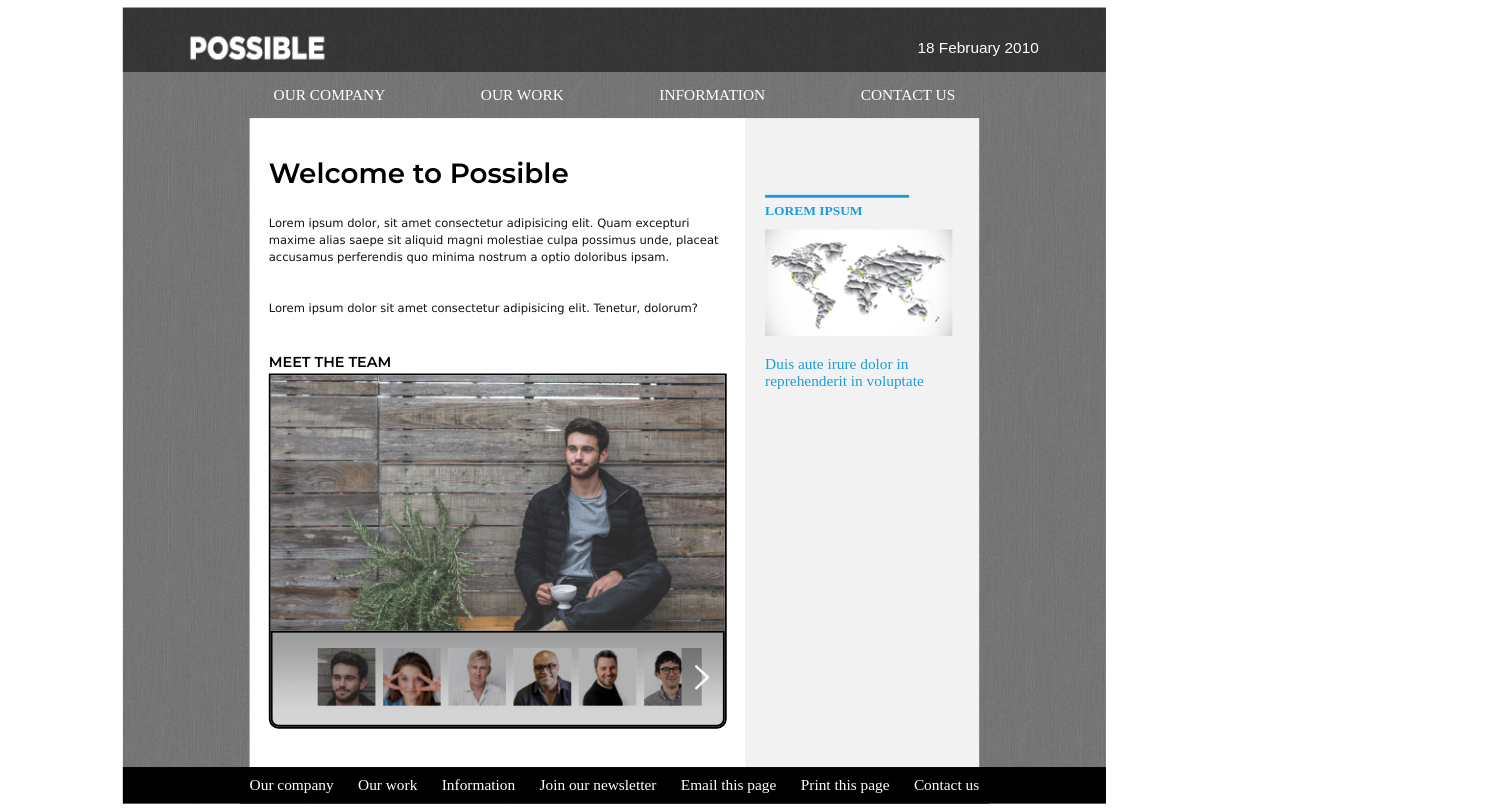
Repository: grzegorzgebala/possible-site
Page: index.html
These files come from the project's save history. The page is drawn as it stood at one moment and after the next save; the edit follows.
The browser window is 1280 px wide. The page is 1567 px wide, so the pictures cover 1567 px, including what lies to the right of the window. The pictures show the whole page, at 96% of full size.
The style sheet was rebuilt from its Sass, Less or Tailwind sources for each picture, by a compiler version that may differ from the author's.

Above is the page before, as saved 2020-02-18 18:30:58.

### index.html
<!DOCTYPE html>
<html>
	<head>
        <meta charset="utf-8">
        <link href="https://fonts.googleapis.com/css?family=Montserrat:600&display=swap" rel="stylesheet">
		<link rel="stylesheet" type="text/css" href="css/style.css">
		<title>Possible page</title>
	</head>
	<body>
        <div class="container">
            <header>
                <img src="images/logo.png" alt="possible logo">
                <div class="date">18 February 2010</div>
            </header>
            <nav class="menu">
                <ul>
                    <li>our company</li>
                    <li>our work</li>
                    <li>information</li>
                    <li>contact us</li>
                </ul>
            </nav>
            <div class="mainSite">
                <div class="leftSide">
                    <div class="welcome">Welcome to Possible</div>
                    <article>Lorem ipsum dolor, sit amet consectetur adipisicing elit. Quam excepturi maxime alias saepe sit aliquid magni molestiae culpa possimus unde, placeat accusamus perferendis quo minima nostrum a optio doloribus ipsam.</article>
                    <article>Lorem ipsum dolor sit amet consectetur adipisicing elit. Tenetur, dolorum?</article>
                    <div class="meetTitle">Meet the team</div>
                    <div class="carousel">
                        <img class="big" src="/images/employees/picture1.png" alt="possible logo">
                        <div class="descriptor">
                            <div class="personalData">Justin Cooke</div>
                            <div class="personalData">CEO, POSSIBLE UK, LONDON</div>
                        </div>
                        <div class="miniatures">
                            <button class="leftArrow arrow isHidden">
                                <img src="/images/icons/leftArrow.png" alt="leftArrow">
                            </button>
                            <div class="miniaturesContainer">
                                <ul class="carouselTrack">
                                    <li class="carouselSlide currentSlide">
                                        <div class="pictureContainer"></div>
                                        <img class="carouselImage" src="/images/employees/min1.png" alt="person1">
                                    </li>
                                    <li class="carouselSlide">
                                        <div class="pictureContainer"></div>
                                        <img class="carouselImage" src="/images/employees/min2.png" alt="person2">
                                    </li>
                                    <li class="carouselSlide">
                                        <div class="pictureContainer"></div>
                                        <img class="carouselImage" src="/images/employees/min3.png" alt="person3">
                                    </li>
                                    <li class="carouselSlide">
                                        <div class="pictureContainer"></div>
                                        <img class="carouselImage" src="/images/employees/min4.png" alt="person4">
                                    </li>
                                    <li class="carouselSlide">
                                        <div class="pictureContainer"></div>
                                        <img class="carouselImage" src="/images/employees/min5.png" alt="person5">
                                    </li>
                                    <li class="carouselSlide">
                                        <div class="pictureContainer"></div>
                                        <img class="carouselImage" src="/images/employees/min6.png" alt="person6">
                                    </li>
                                    <li class="carouselSlide">
                                        <!-- <div class="pictureContainer"></div> -->
                                        <img class="carouselImage" src="/images/employees/min7.png" alt="person7">
                                    </li>
                                    <li class="carouselSlide">
                                        <!-- <div class="pictureContainer"></div> -->
                                        <img class="carouselImage" src="/images/employees/min8.png" alt="person8">
                                    </li>
                                    <li class="carouselSlide">
                                        <!-- <div class="pictureContainer"></div> -->
                                        <img class="carouselImage" src="/images/employees/min9.png" alt="person9">
                                    </li>
                                    <li class="carouselSlide">
                                        <!-- <div class="pictureContainer"></div> -->
                                        <img class="carouselImage" src="/images/employees/min10.png" alt="person10">
                                    </li>
                                </ul>
                            </div>
                            <button class="rightArrow arrow">
                                <img src="/images/icons/rightArrow.png" alt="rightArrow">
                            </button>
                        </div>
                    </div>
                </div>
                <div class="rightSide">
                    <div class="rightTitle">lorem ipsum</div>
                    <img src="/images/map.png" alt="map">
                    <p>Duis aute irure dolor  in reprehenderit in voluptate</p>
                </div>
            </div>
            <footer>
                <ul>
                    <li>our company</li>
                    <li>our work</li>
                    <li>information</li>
                    <li>join our newsletter</li>
                    <li>email this page</li>
                    <li>print this page</li>
                    <li>contact us</li>
                </ul>
            </footer>
        </div>
    </body>
    <script type="text/javascript" src="/js/script.js"></script>
</html>

### js/script.js
const track = document.querySelector(".carouselTrack");
const slides = Array.from(track.children);
const nextButton = document.querySelector('.rightArrow');
const prevButton = document.querySelector('.leftArrow');
const imagesNav = document.getElementsByClassName('pictureContainer');
const imagesItem = Array.from(imagesNav);

const slideWidth = slides[0].getBoundingClientRect().width;

const setSlidePosition = (slide, index) => {
    slide.style.left = slideWidth * index + 'px';
};

slides.forEach(setSlidePosition);

const moveToSlide = (track, currentSlide, targetSlide) => {
    track.style.transform = 'translateX(-' + targetSlide.style.left  + ')';
    currentSlide.classList.remove('currentSlide');
    targetSlide.classList.add('currentSlide');
}

const hideShowArrows = (slides, prevButton, nextButton, targetIndex) => {
    if (targetIndex === 0) {
        prevButton.classList.add("isHidden");
        nextButton.classList.remove("isHidden");
    } else if (targetIndex === slides.length - 1) {
        prevButton.classList.remove("isHidden");
        nextButton.classList.add("isHidden");
    } else {
        prevButton.classList.remove("isHidden");
        nextButton.classList.remove("isHidden");
    }
}

nextButton.addEventListener('click', e => {
    const currentSlide = track.querySelector(".currentSlide");
    const prevSlide = currentSlide.previousElementSibling;
    const prevIndex = slides.findIndex(slide => slide === prevSlide);

    moveToSlide(track, currentSlide, prevSlide);
    hideShowArrows(slides, prevButton, nextButton, prevIndex);
});

prevButton.addEventListener('click', e => {
    const currentSlide = track.querySelector(".currentSlide");
    const nextSlide = currentSlide.nextElementSibling;
    const nextIndex = slides.findIndex(slide => slide === nextSlide);

    moveToSlide(track, currentSlide, nextSlide);
    hideShowArrows(slides, prevButton, nextButton, nextIndex);
});

track.addEventListener('click', e => {
    const targetImage = e.target.closest('div')
    if (!targetImage) return;
    // const currentSlide = track.querySelector('.currentSlide');
    const big = document.querySelector('.big');
    const targetIndex = imagesItem.findIndex(image => image === targetImage);
    const targetSlide = slides[targetIndex];
    // const targetSlideActive = targetSlide.children[0];

    imagesItem.forEach((element, index) => {
        if (index === targetIndex) {
            element.classList.add('activeImg');
            element.classList.remove('pictureContainer');
            big.setAttribute('src', `/images/employees/picture${index+1}.png`);
        } else {
            element.classList.remove('activeImg');
            element.classList.add('pictureContainer');
        }
    });
    hideShowArrows(slides, prevButton, nextButton, targetIndex);

})

// when I click left, move slides to the left
// when I click right move slide to the right

### sass/style.scss
// variables
$menuElementsColor: #ffffff;
$contentElementsColor: #000000;
$footerBackgroundColor: #000000;
$menuHooverColor: #000000;
$activeMenuColor: #1d9ed9;
$sideMenuColor: #1d9ed9;
$fontMenu: "Proxima Nova";
$leftSideBackgroundColor: #ffffff;
$rightSideBackgroundColor: #f2f2f2;
$contentHeaderFont: "Montserrat", sans-serif;;
$contentDescriptionFont: "Verdana";
$contentColor: #121212;

// page style
.container {
    max-width: 1024px;
    margin: 0 auto;
    background-image: url("/images/mainBackground.png");
}

// header style
header {
    background-image: url("/images/backgroundHeader.png");
    display: flex;
    justify-content: space-between;
    padding: 30px 70px 13px 70px;

    .date {
        color: $menuElementsColor;
        // font-size: 12px;
        line-height: 24px;
        font-family: "Arial";
        // font-weight: bold;
    }
}

// menu
.menu ul {
    max-width: 760px;
    margin: 5px auto;
    display: flex;
    justify-content: space-between;
    list-style-type: none;
    color: $menuElementsColor;
    text-transform: uppercase;
    padding: 0;

    :hover {
        background-color: $menuHooverColor;
        color: $activeMenuColor;
        cursor: pointer;
        transition: visibility 2s, opacity 0.5s linear;
    }

    li {
        padding: 10px 25px;
    }
}

// main content
.mainSite {
    max-width: 760px;
    margin: 0 auto;
    display: flex;
    justify-content: center;
    flex-direction: row;

    .leftSide {
        width: 100%;
        max-width: 520px;
        background-color: $leftSideBackgroundColor;
        padding: 40px 20px;

        .welcome {
            font-family: $contentHeaderFont;
            margin: 0;
            font-size: 29px;
            font-weight: bold;
        }

        article {
            font-family: $contentDescriptionFont;
            font-size: 12px;
            line-height: 18px;
            color: $contentColor;
            margin-top: 25px;
            margin-bottom: 35px;
        }

        .meetTitle {
            font-size: 15px;
            line-height: 24px;
            text-transform: uppercase;
            color: $contentElementsColor;
            font-family: $contentHeaderFont;
        }

        .descriptor {
            background-color: black;
            padding-left: 5px;
            position: absolute;
            width: 100%;;
            margin-top: 230px;
            // display: none;
            visibility: hidden;
            opacity: .5;

            .personalData {
                color: white;
                opacity: 1;
            }
        }

        .carousel {
            display: flex;
            max-width: 473px;
            flex-direction: column;
            border: 2px solid black;
            border-bottom-left-radius: 10px;
            border-bottom-right-radius: 10px;

            .big:hover + .descriptor {
                // display: block;
                visibility: visible;
                transition: visibility 0s linear 0.33s, opacity 0.33s linear;

            }
            .miniatures {
                // overflow: hidden;
                background-image: url("/images/carouseleBackground.png");
                display: flex;
                // justify-content: space-between;
                // align-items: center;
                // padding: 20px 15px;
                border: 2px solid black;
                border-bottom-left-radius: 8px;
                border-bottom-right-radius: 8px;

                .miniaturesContainer {
                    max-width: 500px;
                    overflow: hidden;
                    display: flex;
                    justify-content: space-between;
                }
                .carouselTrack {
                    display: flex;
                    justify-content: space-between;
                    // align-items: center;
                    list-style-type: none;
                    // width: 100%;
                    padding: 0;

                    .carouselSlide {
                        margin: 0 4px;
                        // margin-right: 10px;
                        // height: 60px;
                        // width: 60px;
                        .carouselImage {

                            // width: 100%;
                            object-fit: cover;
                        }
                    }
                }

                .pictureContainer {
                    width: 60px;
                    height: 60px;
                    position: absolute;
                    z-index: 1;
                    background: black;
                    opacity: .3;
                }

                .activeImg {
                    position: absolute;
                    z-index: 1;
                    width: 54px;
                    height: 54px;
                    border: 3px solid $sideMenuColor;
                }

                .arrow {
                    margin: 0 14px;
                    z-index: 1;
                }

                button {
                    background: none;
                    color: inherit;
                    border: none;
                    padding: 0;
                    font: inherit;
                    cursor: pointer;
                    outline: inherit;
                }

                .isHidden {
                    visibility: hidden;
                }
            }
        }
    }


    .rightSide {
        background-color: $rightSideBackgroundColor;
        width: 100%;
        padding-left: 20px;

        .rightTitle {
            text-transform: uppercase;
            color: $sideMenuColor;
            font-weight: bold;
            font-size: 14px;
            line-height: 18px;
            border-top: 3px solid $sideMenuColor;
            width: 150px;
            margin-top: 80px;
            margin-bottom: 10px;
            padding-top: 5px;
        }

        p {
            color: $sideMenuColor;
        }
    }

}

// footer
footer {
    background: $footerBackgroundColor;
}

footer ul {
    display: flex;
    justify-content: space-between;
    max-width: 760px;
    margin: 0 auto;
    list-style-type: none;
    color: $menuElementsColor;
    background: $footerBackgroundColor;
    padding: 10px;

    :hover {
        color: $activeMenuColor;
        cursor: pointer;
    }

    li::first-letter {
        text-transform: uppercase;
    }
}

After the next save:
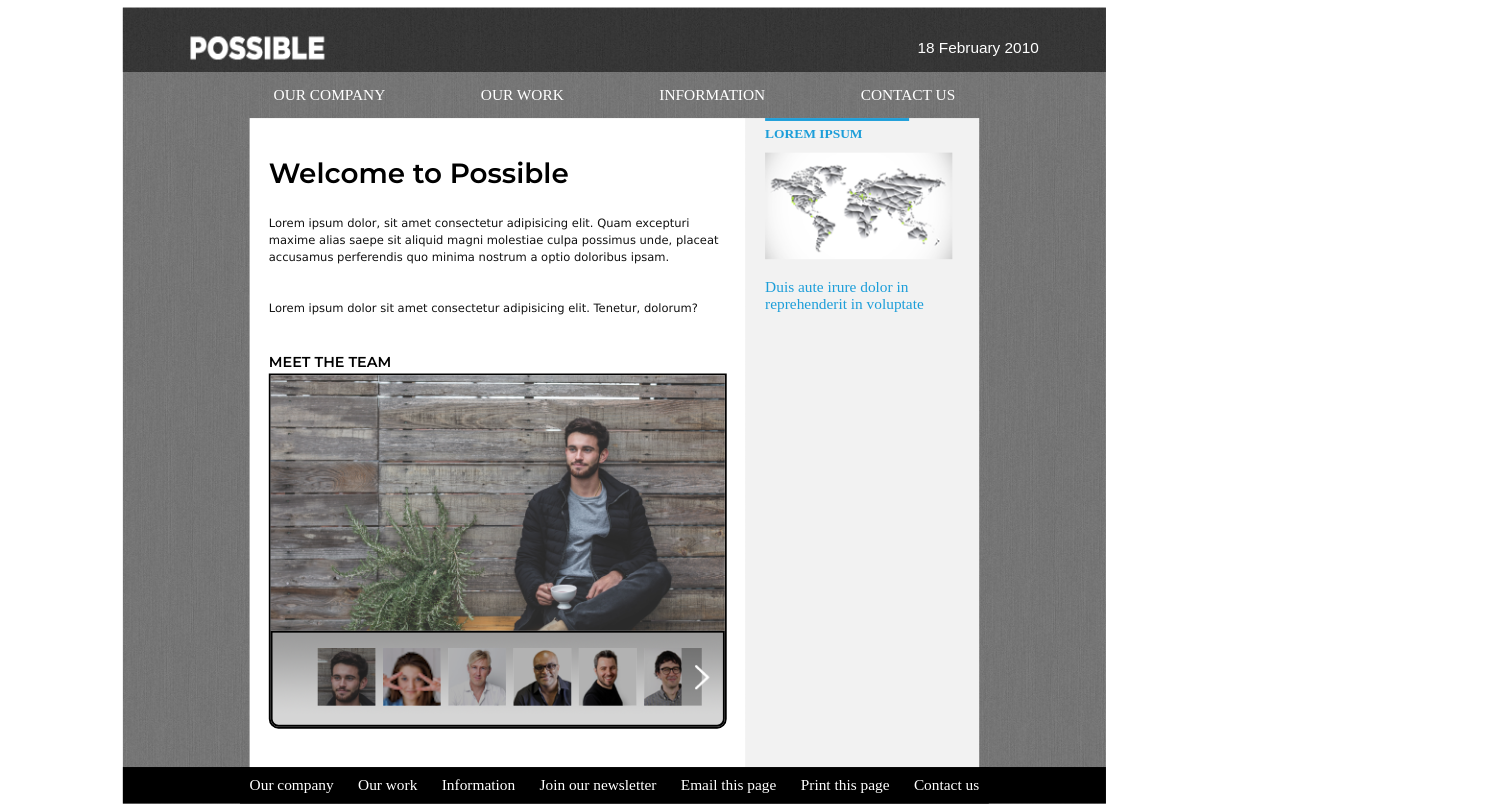
Saved 2 min 23 s later.
--- a/sass/style.scss
+++ b/sass/style.scss
@@ -217,7 +217,6 @@ header {
             line-height: 18px;
             border-top: 3px solid $sideMenuColor;
             width: 150px;
-            margin-top: 80px;
             margin-bottom: 10px;
             padding-top: 5px;
         }
